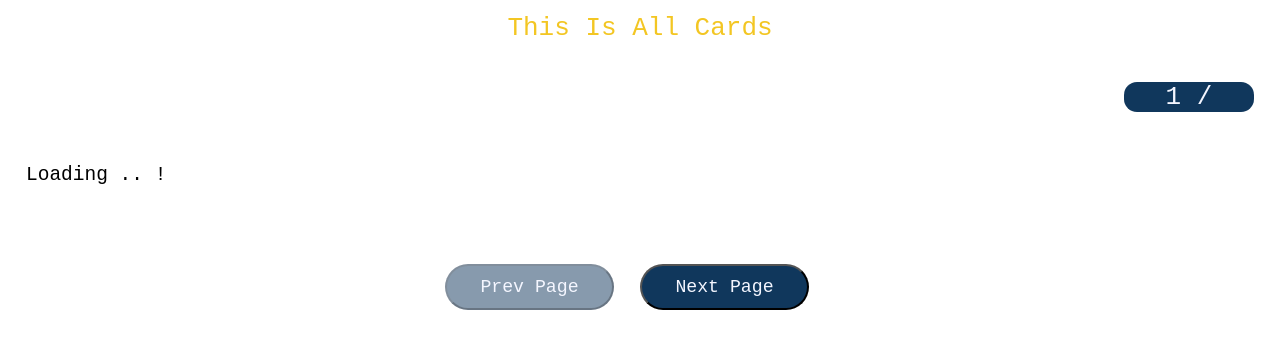
Repository: rehamtaher10/reactQueryTask
Page: /
The author's editor kept a copy of each file at every save. The page is drawn from the files as they stood at one save, then again after the next save.
The browser window is 1280 px wide. The pictures show the whole page.
The pointer rests on the first visible `.buttons button`.
The page's requests for data from a server got no answer. The project was rebuilt for these pictures with package versions that can differ from the ones it lists, and the page was loaded fresh each time. No one was signed in, and anything a server would have sent is missing. Also part of the build but not shown: vite.config.js.

Above is the page before, as saved 2024-12-07 20:33:03.

### src/main.jsx
import { StrictMode } from "react";
import { createRoot } from "react-dom/client";
import "./style/app.css";
import App from "./App.jsx";
import {
  QueryClient,
  QueryClientProvider,
  useQuery,
} from "@tanstack/react-query";

const queryClient = new QueryClient();

createRoot(document.getElementById("root")).render(
  <StrictMode>
    <QueryClientProvider client={queryClient}>
      <App />
    </QueryClientProvider>
  </StrictMode>
);

### src/style/app.css
*{
    padding: 0;
    margin: 0;
    box-sizing: border-box;
    font-family: monospace;
    font-weight: 400;
}
.productContainer{
    padding: 2em;
    display: flex;
    flex-wrap: wrap;
    gap: 2em;
}
.post{
    width: calc((100% - 4em) / 3);
    background: #f2f2f2;
    border: 1px solid rgba(0, 0, 0, .2);
}
.post img{
    width: 100%;
    height: 350px;
    object-fit: cover;
    display: block;
    margin-left: auto;
    margin-right: auto;
}
.post h2{
    padding-inline: 1em;
    padding-block: 1.5em;
    font-size: 1.3rem;
    color:#10375C;
}
.post p{
    width: fit-content;
    padding-inline: 1em;
    margin-block: .5rem;
    background-color: #EB8317;
    color: #F4F6FF;
    font-size: 1.3rem;
    font-weight: bold;
}
h1{
    color: #F3C623;
    text-align: center;
    padding-block: 1rem;
    font-family: monospace;
    font-size: 2rem;
}
.pagination{
    padding: 2em;
    direction: rtl;
}
.pagination p{
    background-color:#10375C ;
    color: #F4F6FF;
    font-size: 2rem;
    width: 10rem;
    text-align: center;
    border-radius: 1rem;
    direction: ltr;
}
.buttons{
    display: flex;
    align-items: center;
    justify-content: center;
    margin-block: 4rem;

}
.buttons button{
    background-color:#10375C ;
    color: #F4F6FF;
    direction: ltr;
    margin-right: 2rem;
    width: 13rem;
    height: 3.5rem;
    font-size: 1.4rem;
    border-radius: 2rem;
    cursor: pointer;
}
.buttons button:hover{
    background-color:rgba(16, 55, 92, .5) ;
}

### src/App.jsx
import { useQuery } from "@tanstack/react-query";
import React, { useState } from "react";
function App() {
  const [page, setPage] = useState(0);
  const limit = 9;

  const productsFetch = async (page = 0) => {
    const res = await fetch(
      `https://dummyjson.com/products?limit=${limit}&skip=${page * limit}`
    );
    const productRes = await res.json();
    return productRes;
  };

  const { data, isLoading } = useQuery({
    queryKey: ["products", page],
    queryFn: () => productsFetch(page),
  });

  return (
    <>
      <h1>This Is All Cards</h1>

      <div className="pagination">
        <p>{page + 1} / {data?.total && Math.ceil(data?.total / limit)}</p>
      </div>
      <div className="productContainer">
        {isLoading ? (
          <h2>Loading .. !</h2>
        ) : (
          data?.products.map((ele) => (
            <div class="post" key={ele.id}>
              <div>
                <img src={ele.images?.[0]} />
              </div>
              <h2>${ele.title} </h2>
              <p>${ele.price} $</p>
            </div>
          ))
        )}
      </div>
      <div className="buttons">
        <button disabled={page == 0} >Prev Page</button>
        <button disabled={data?.products?.length < limit}>Next Page</button>

      </div>
    </>
  );
}

export default App;

Loaded but not shown: index.html (common file)

After the next save:
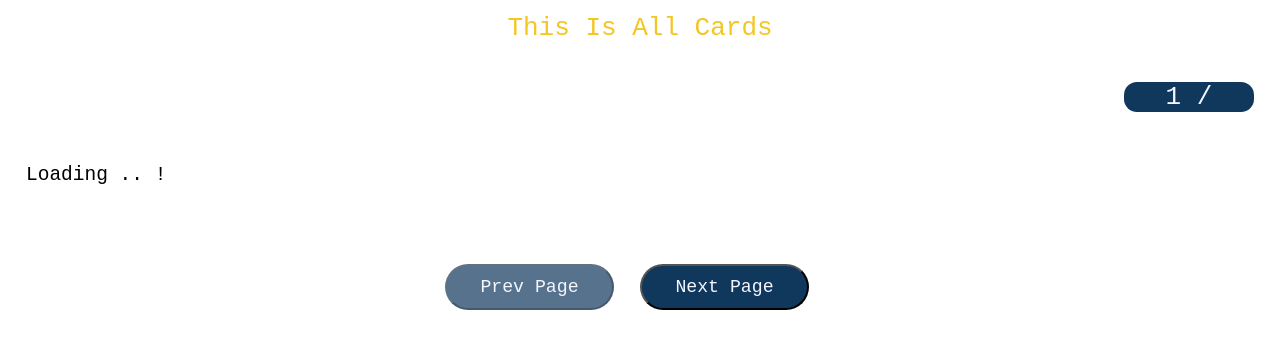
Saved 8 s later.
--- a/src/style/app.css
+++ b/src/style/app.css
@@ -78,5 +78,5 @@ h1{
     cursor: pointer;
 }
 .buttons button:hover{
-    background-color:rgba(16, 55, 92, .5) ;
+    background-color:rgba(16, 55, 92, .7) ;
 }
